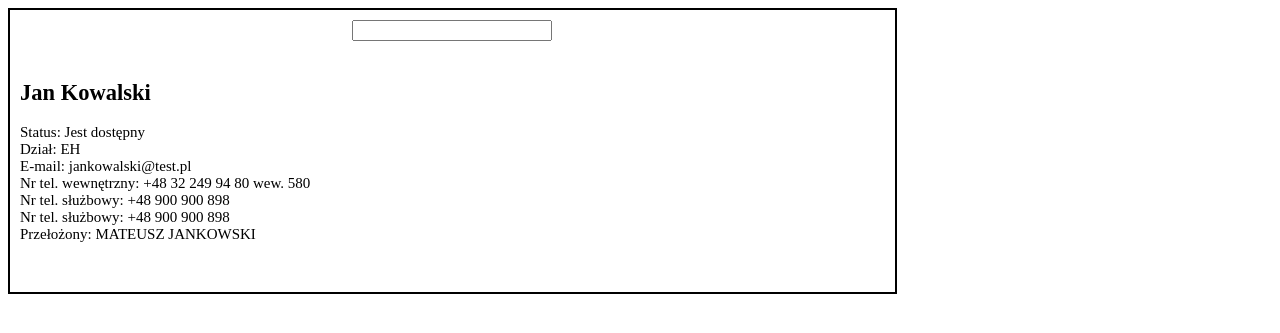
Repository: emdes515/EHpanel
Page: html/dashboardObecnosc.html
These files come from the project's save history. The page is drawn as it stood at one moment and after the next save; the edit follows.
The browser window is 1280 px wide. The pictures show the whole page.

Above is the page before, as saved 2024-04-22 10:27:30.
Console error: ReferenceError: $ is not defined

### html/dashboardObecnosc.html
<style>
	.main {
		width: 70%;
		height: 40%;
		border: 2px solid black;
		display: flex;
		flex-direction: column;
		font-size: 15px;
	}

	input {
		margin: 10px;
		align-self: center;
		min-width: 200px;
	}

	.info {
		margin: 10px;
	}
</style>

<div class="main">
	<input
		id="dashboardObecnoscInput"
		name="dashboardObecnoscInput" />
	<div class="info">
		<div>
			<h2>Jan Kowalski</h2>
		</div>
		<div>
			<div><span>Status: </span> <span>Jest dostępny</span></div>
			<div><span>Dział: </span> <span>EH</span></div>
			<div><span>E-mail: </span> <span>jankowalski@test.pl</span></div>
			<div><span>Nr tel. wewnętrzny: </span> <span>+48 32 249 94 80 wew. 580</span></div>
			<div><span>Nr tel. służbowy: </span> <span>+48 900 900 898</span></div>
			<div><span>Nr tel. służbowy: </span> <span>+48 900 900 898</span></div>
			<div><span>Przełożony: </span> <span>MATEUSZ JANKOWSKI</span></div>
		</div>
	</div>
</div>

<script
	type="text/javascript"
	src="js/dashboardObecnosc.js"></script>

### js/dashboardObecnosc.js
$(document).ready(function () {
	const pracownicyNieobecnii_Zdalnie = $('#dashboardObecnoscInput').jqxInput({
		placeHolder: 'Wprowadź dane pracownika',
		height: '10%',
		width: '50%',
		minLength: 1,
	});

	const url = 'https://api.elgor.com.pl/login';
	const apikey =
		'f000983f7ccf9d50418948aeb3eef18484fb354824ca383c64823bd7db18c41b82b90434b9ab30e4f310701d749fa158569573b16a13cbd15fd0b853af04ed77';

	fetch(url, {
		method: 'GET',
		headers: {
			Accept: 'application/json',
			apikey: apikey,
		},
	})
		.then((response) => response.json())
		.then((data) => console.log(data));
});

After the next save:
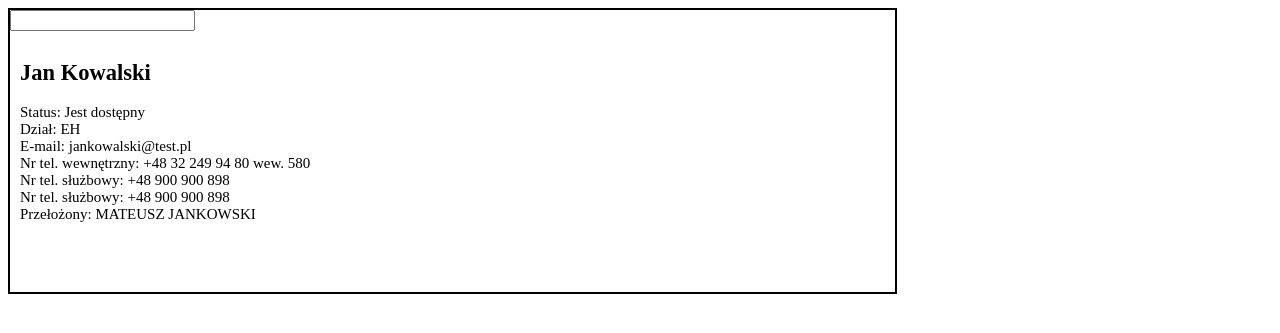
Saved 37 s later.
--- a/html/dashboardObecnosc.html
+++ b/html/dashboardObecnosc.html
@@ -8,10 +8,11 @@
 		font-size: 15px;
 	}
 
-	input {
+	.inputContainer {
 		margin: 10px;
 		align-self: center;
-		min-width: 200px;
+		width: 50%;
+		height: 10%;
 	}
 
 	.info {
@@ -20,9 +21,12 @@
 </style>
 
 <div class="main">
-	<input
-		id="dashboardObecnoscInput"
-		name="dashboardObecnoscInput" />
+	<div>
+		<input
+			id="dashboardObecnoscInput"
+			name="dashboardObecnoscInput" />
+	</div>
+
 	<div class="info">
 		<div>
 			<h2>Jan Kowalski</h2>
--- a/js/dashboardObecnosc.js
+++ b/js/dashboardObecnosc.js
@@ -1,8 +1,8 @@
 $(document).ready(function () {
 	const pracownicyNieobecnii_Zdalnie = $('#dashboardObecnoscInput').jqxInput({
 		placeHolder: 'Wprowadź dane pracownika',
-		height: '10%',
-		width: '50%',
+		height: '100%',
+		width: '100%',
 		minLength: 1,
 	});
 
